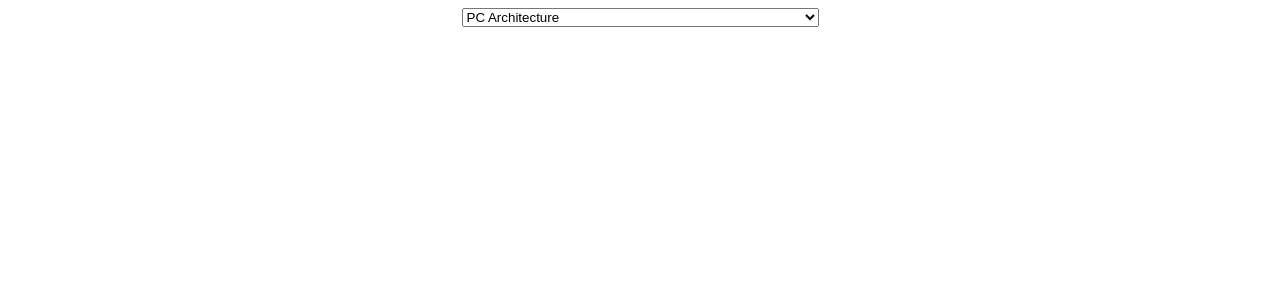
Repository: Gauravsh20/CollegeProject
Page: http://localhost/Clg_project/Add_Subjects.jsp
An editor plug-in stored every save of this project. The page is shown before and after the next save, followed by the edit.
The browser window is 1280 px wide. The pictures show the whole page.
The page is served by Tomcat 9.

Above is the page before, as saved 2022-10-25 06:31:11.

After the next save:
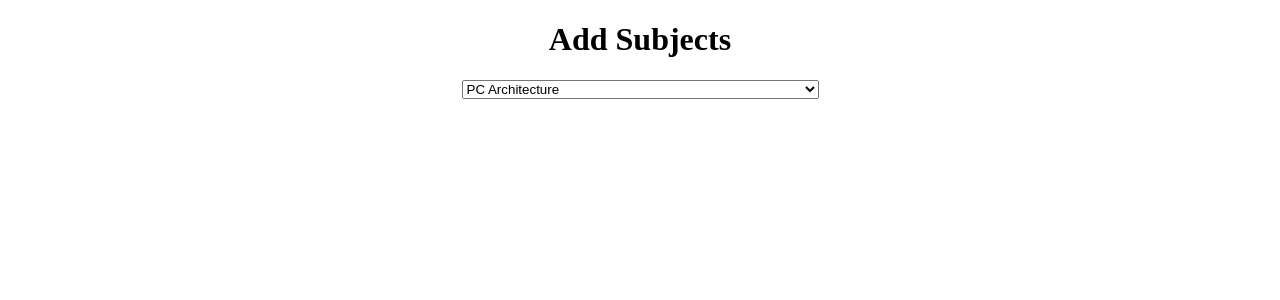
Saved 10 s later.
--- a/Clg_project/src/main/webapp/Add_Subjects.jsp
+++ b/Clg_project/src/main/webapp/Add_Subjects.jsp
@@ -9,6 +9,7 @@
 </head>
 <body>
 <center>
+<h1>Add Subjects</h1>
 <form action="">
 <select name="subject">
 <option value = "PC Architecture">PC Architecture</option>
